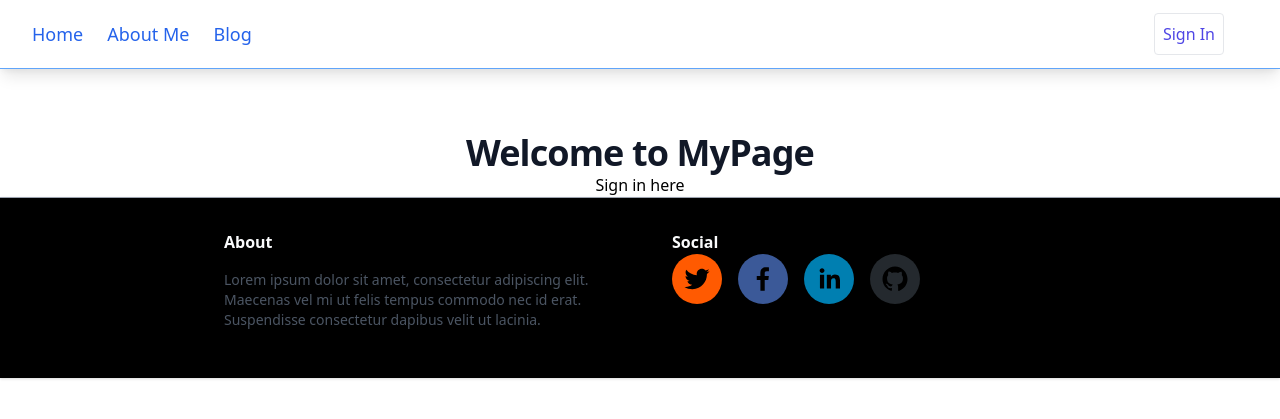
Repository: rushilramesh/portfolio-page
Page: /
The author's editor kept a copy of each file at every save. The page is drawn from the files as they stood at one save, then again after the next save.
The browser window is 1280 px wide. The pictures show the whole page.
The project was rebuilt for these pictures with package versions that can differ from the ones it lists, and the page was loaded fresh each time. The framework's server and built-in components were replaced by stand-ins that run in the browser. Also part of the build but not shown: next.config.js.

Above is the page before, as saved 2021-05-21 02:27:49.

After the next save:
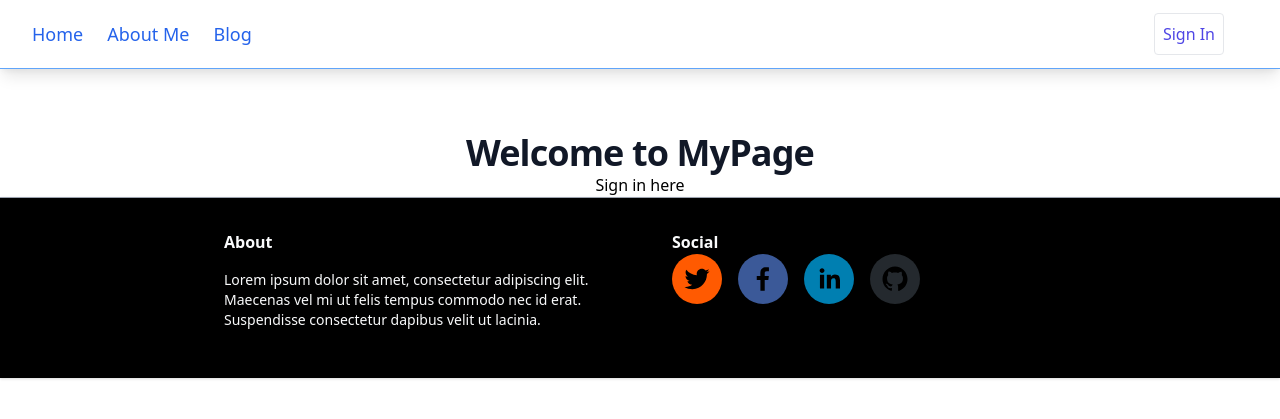
Saved 8 s later.
--- a/components/Layout.tsx
+++ b/components/Layout.tsx
@@ -16,7 +16,7 @@ const Layout = ({children, loggedIn} : {children: React.ReactNode, loggedIn?: bo
                 <div className="flex w-full md:w-1/2 ">
                     <div className="px-8">
                         <h3 className="font-bold text-gray-50">About</h3>
-                        <p className="py-4 text-gray-600 text-sm">
+                        <p className="py-4 text-gray-50 text-sm">
                             Lorem ipsum dolor sit amet, consectetur adipiscing elit. Maecenas vel mi ut felis tempus commodo nec id erat. Suspendisse consectetur dapibus velit ut lacinia.
                         </p>
                     </div>
